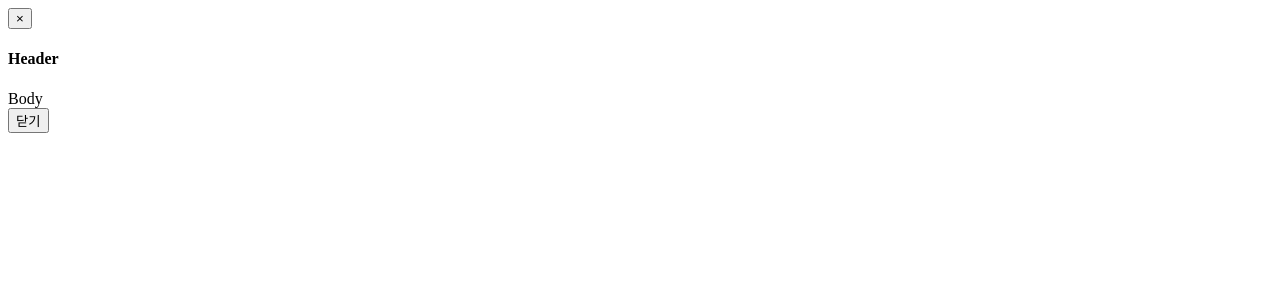
Repository: hjlee1118/GoodCard
Page: web-workspace/GoodCard/src/main/webapp/WEB-INF/jsp/member/modal.html
These files come from the project's save history. The page is drawn as it stood at one moment and after the next save; the edit follows.
The browser window is 1280 px wide. The pictures show the whole page.

Above is the page before, as saved 2017-09-18 08:44:35.

### web-workspace/GoodCard/src/main/webapp/WEB-INF/jsp/member/modal.html
<!-- header -->
<div class="modal-header">
    <!-- 닫기(x) 버튼 -->
  <button type="button" class="close" data-dismiss="modal">×</button>
  <!-- header title -->
  <h4 class="modal-title">Header</h4>
</div>
<!-- body -->
<div class="modal-body">
    Body
</div>
<!-- Footer -->
<div class="modal-footer">
  <button type="button" class="btn btn-default" data-dismiss="modal">닫기</button>
</div>

After the next save:
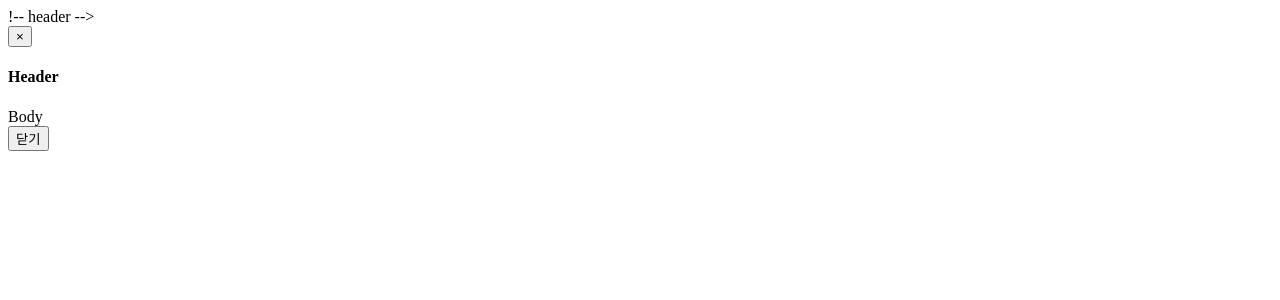
Saved 43 min 16 s later.
--- a/web-workspace/GoodCard/src/main/webapp/WEB-INF/jsp/member/modal.html
+++ b/web-workspace/GoodCard/src/main/webapp/WEB-INF/jsp/member/modal.html
@@ -1,4 +1,4 @@
-<!-- header -->
+!-- header -->
 <div class="modal-header">
     <!-- 닫기(x) 버튼 -->
   <button type="button" class="close" data-dismiss="modal">×</button>
